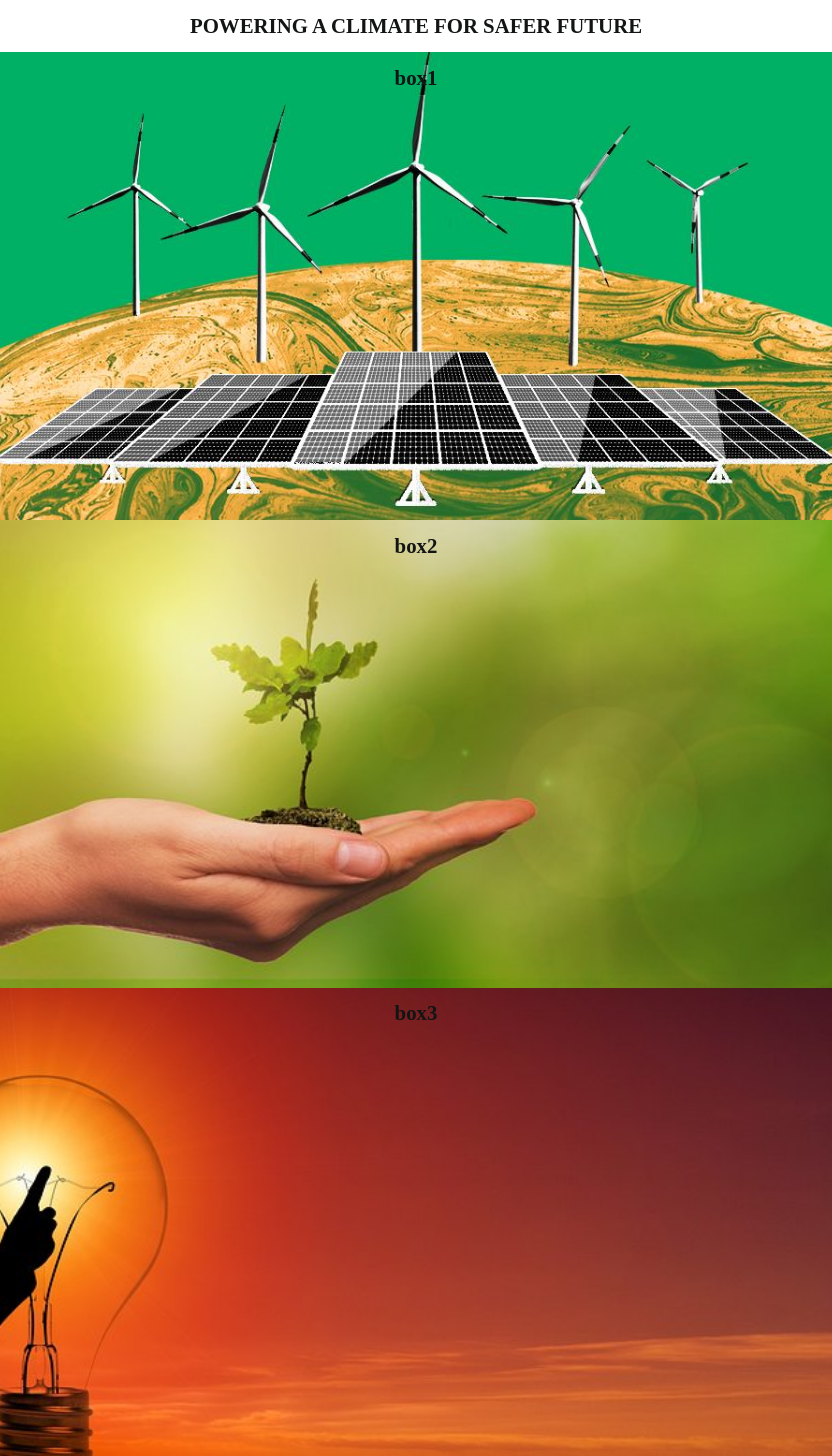
Repository: NavinDayanithi/static-web-design-competition
Page: index.html
These files come from the project's save history. The page is drawn as it stood at one moment and after a run of saves; the edit follows.
The browser window is 1280 px wide. The pictures show the whole page, at 65% of full size.
Backgrounds fixed to the window are drawn as part of the page.

Above is the page before, as saved 2023-04-28 19:41:13.

After the next 6 saves:
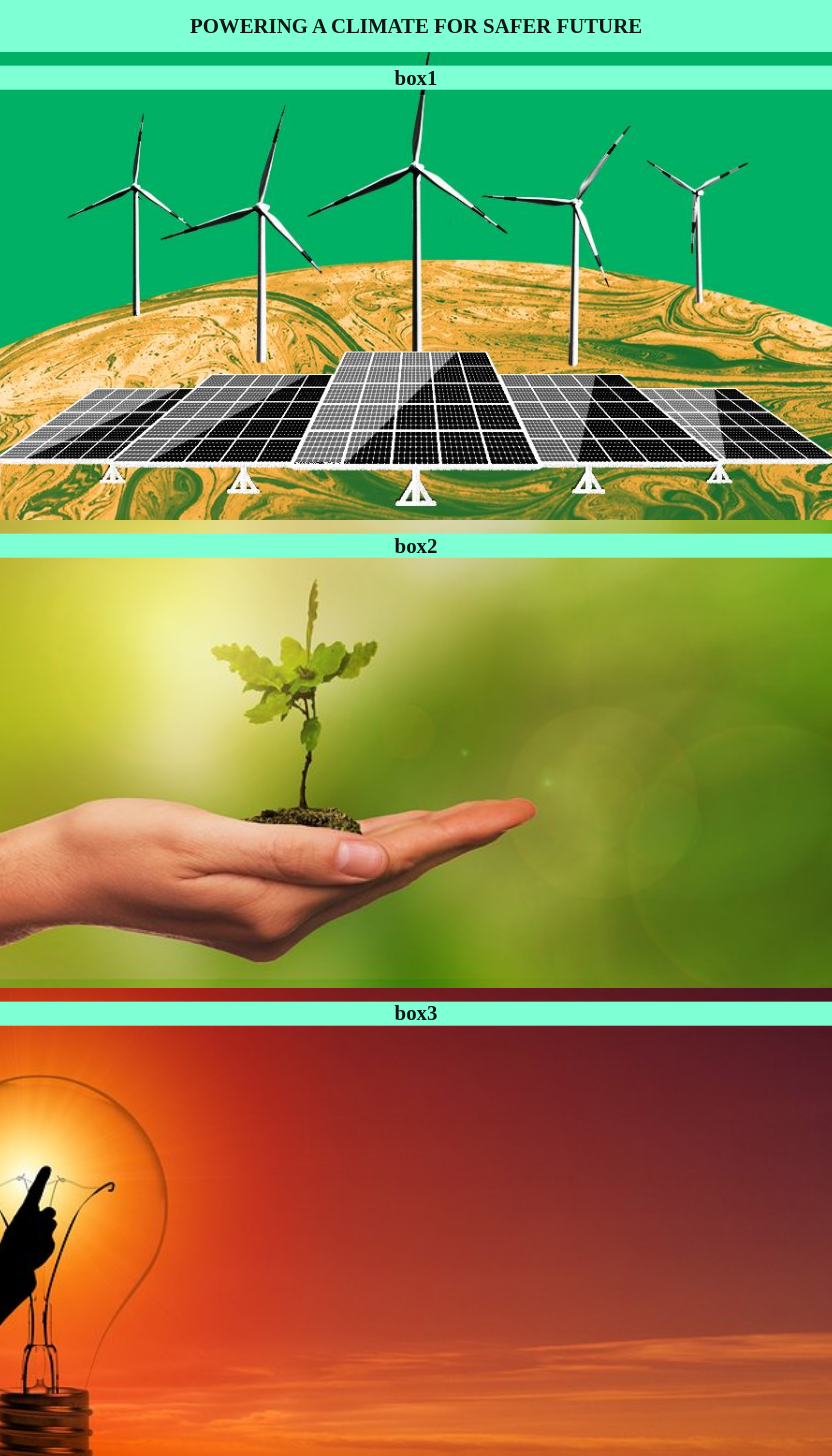
The 6 saves are shown as one change because they came seconds apart.
The last was saved 2 min 14 s later.
--- a/styles.css
+++ b/styles.css
@@ -1,3 +1,6 @@
+*{
+    background-color: aquamarine;
+}
 h1
 {
     text-align:center;
